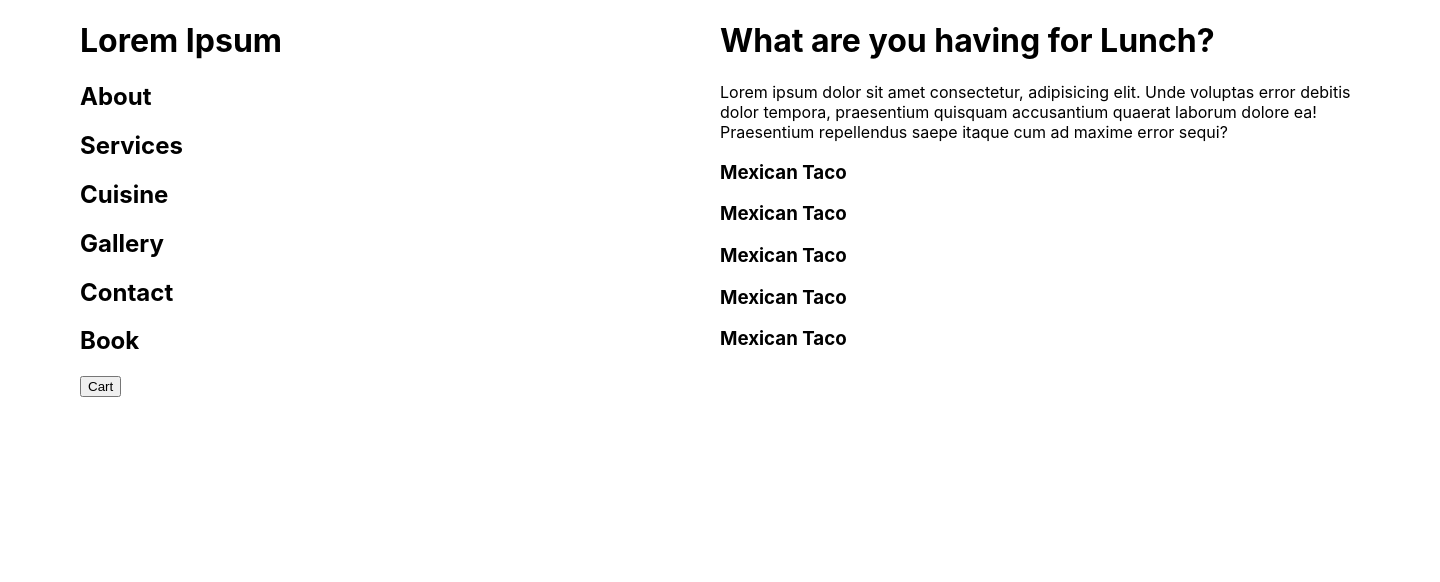
Repository: Marlstergo/assignment2
Page: /
These files come from the project's save history. The page is drawn as it stood at one moment and after the next save; the edit follows.
The browser window is 1280 px wide. The page is 1440 px wide, so the pictures cover 1440 px, including what lies to the right of the window. The pictures show the whole page.
The project was rebuilt for these pictures with package versions that can differ from the ones it lists, and the page was loaded fresh each time.

Above is the page before, as saved 2021-07-27 01:31:49.

### src/App.js
import logo from "./logo.svg";
import "./App.css";

function App() {
  return (
    <div className="container">
      <div className="full">
        <div className="sidebar">
          <h1>Lorem Ipsum</h1>
          <div className="">
            <div className="">
              <h2 className="">About</h2>
            </div>
            <div className="">
              <h2 className="">Services</h2>
            </div>
            <div className="">
              <h2 className="">Cuisine</h2>
            </div>
            <div className="">
              <h2 className="">Gallery</h2>
            </div>
            <div className="">
              <h2 className="">Contact</h2>
            </div>
            <div className="">
              <h2 className="">Book</h2>
            </div>
            <div className="">
              <button className="">Cart</button>
            </div>
          </div>
        </div>
        <div className="">
          <div className="">
            <div className="">
              <h1 className="">What are you having for Lunch?</h1>
            </div>
            <div className="">
              <p className="">
                Lorem ipsum dolor sit amet consectetur, adipisicing elit. Unde
                voluptas error debitis dolor tempora, praesentium quisquam
                accusantium quaerat laborum dolore ea! Praesentium repellendus
                saepe itaque cum ad maxime error sequi?
              </p>
            </div>
          </div>
          <div className="">
            <div className="">
              <div className="">{/* image */}</div>
              <div className="">
                <h3 className="">Mexican Taco</h3>
              </div>
            </div>
            <div className="">
              <div className="">{/* image */}</div>
              <div className="">
                <h3 className="">Mexican Taco</h3>
              </div>
            </div>
            <div className="">
              <div className="">{/* image */}</div>
              <div className="">
                <h3 className="">Mexican Taco</h3>
              </div>
            </div>
            <div className="">
              <div className="">{/* image */}</div>
              <div className="">
                <h3 className="">Mexican Taco</h3>
              </div>
            </div>
            <div className="">
              <div className="">{/* image */}</div>
              <div className="">
                <h3 className="">Mexican Taco</h3>
              </div>
            </div>
          </div>
        </div>
      </div>
    </div>
  );
}

export default App;

### src/App.css
.container {
  width: 100%;
  padding-left: 1.5rem;
  padding-right: 1.5rem;
}

@media screen and (min-width: 640px) {
  .container {
    max-width: 640px;
    margin: 0 auto;
  }
}

@media screen and (min-width: 768px) {
  .container {
    max-width: 768px;
  }
}

@media screen and (min-width: 1024px) {
  .container {
    max-width: 1024px;
    padding-left: 4rem;
    padding-right: 4rem;
  }
}

@media screen and (min-width: 1280px) {
  .container {
    max-width: 1280px;
    padding-left: 5rem;
    padding-right: 5rem;
  }
}

@media screen and (min-width: 1536px) {
  .container {
    max-width: 1536px;
  }
}

.full{
  display: grid;
  grid-template-columns: repeat(2, minmax(0, 1fr))

}

.sidebar{
  grid-template-columns: repeat(2, minmax(0, 1fr));
}

Loaded but not shown: public/index.html (common file); src/index.js (common file); src/index.css (common file); src/reportWebVitals.js (common file)

After the next save:
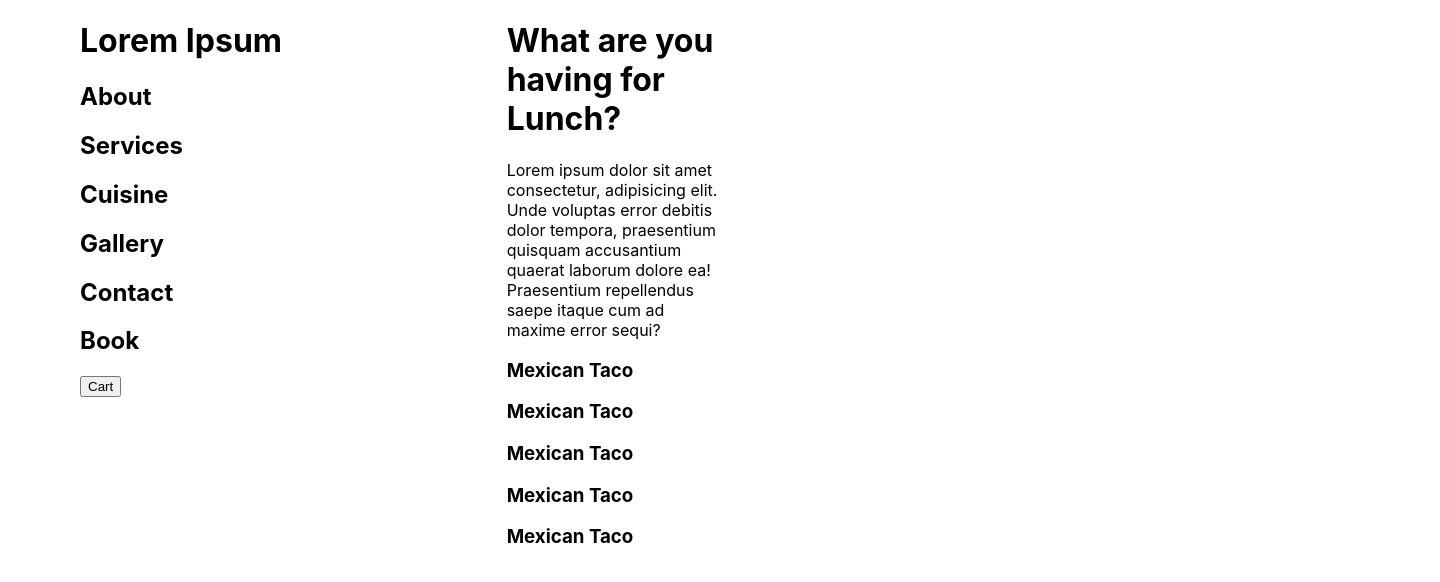
Saved 4 min 30 s later.
--- a/src/App.css
+++ b/src/App.css
@@ -39,12 +39,11 @@
   }
 }
 
-.full{
+.full {
   display: grid;
-  grid-template-columns: repeat(2, minmax(0, 1fr))
-
+  grid-template-columns: repeat(6, minmax(0, 1fr));
 }
 
-.sidebar{
-  grid-template-columns: repeat(2, minmax(0, 1fr));
+.sidebar {
+  grid-column: span 2 / span 2;
 }
